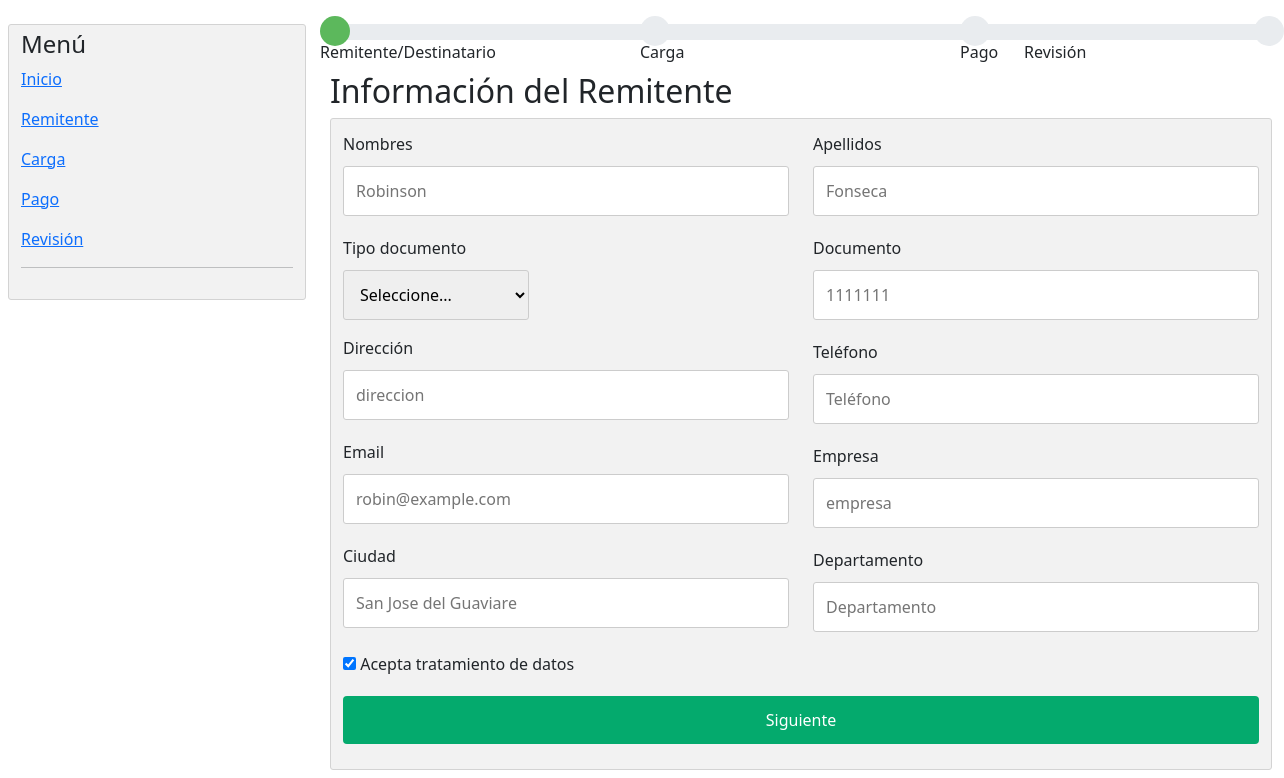
Repository: SennovaFluvial/Trasnfluvial
Page: appFluvial/templates/card1.html
An editor plug-in stored every save of this project. The page is shown before and after the next save, followed by the edit.
The browser window is 1280 px wide. The page is 1284 px wide, so the pictures cover 1284 px, including what lies to the right of the window. The pictures show the whole page.
The template is drawn by Django 3.2. The application's start-up code is not run. The template is opened directly, without the code that normally fills it, so the values that code supplies are empty.

Above is the page before, as saved 2023-10-18 23:12:55.

After the next save:
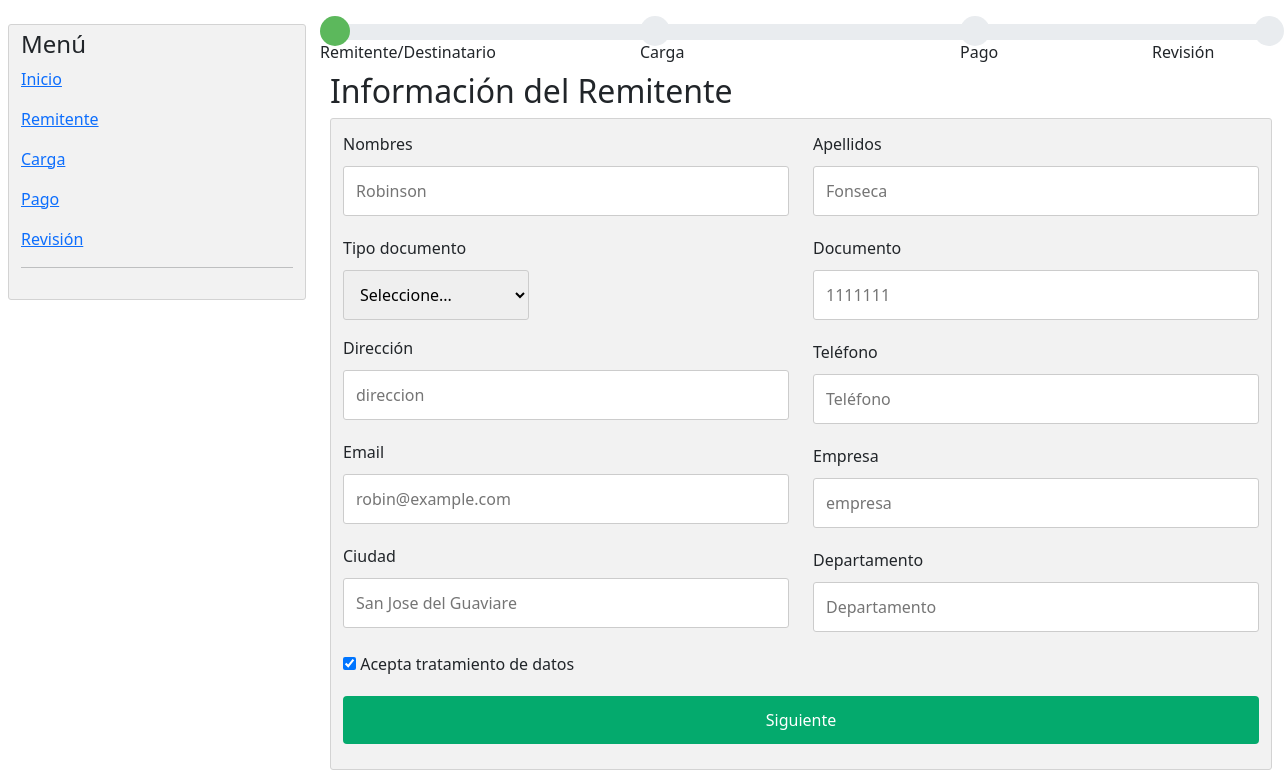
Saved 10 s later.
--- a/appFluvial/templates/card1.html
+++ b/appFluvial/templates/card1.html
@@ -197,7 +197,7 @@ span.price {
         <label for="one" style="position: absolute; top: 30px; left: 25%; z-index: 1; margin-top: 10px;">Remitente/Destinatario</label>
         <label for="two" style="position: absolute; top: 30px; left: 50%; z-index: 1; margin-top: 10px;">Carga</label>
         <label for="three" style="position: absolute; top: 30px; left: 75%; z-index: 1; margin-top: 10px;">Pago</label>
-        <label for="four" style="position: absolute; top: 30px; left: 80%; z-index: 1; margin-top: 10px;">Revisión</label>
+        <label for="four" style="position: absolute; top: 30px; left: 90%; z-index: 1; margin-top: 10px;">Revisión</label>
 
       </div>
       </div>
